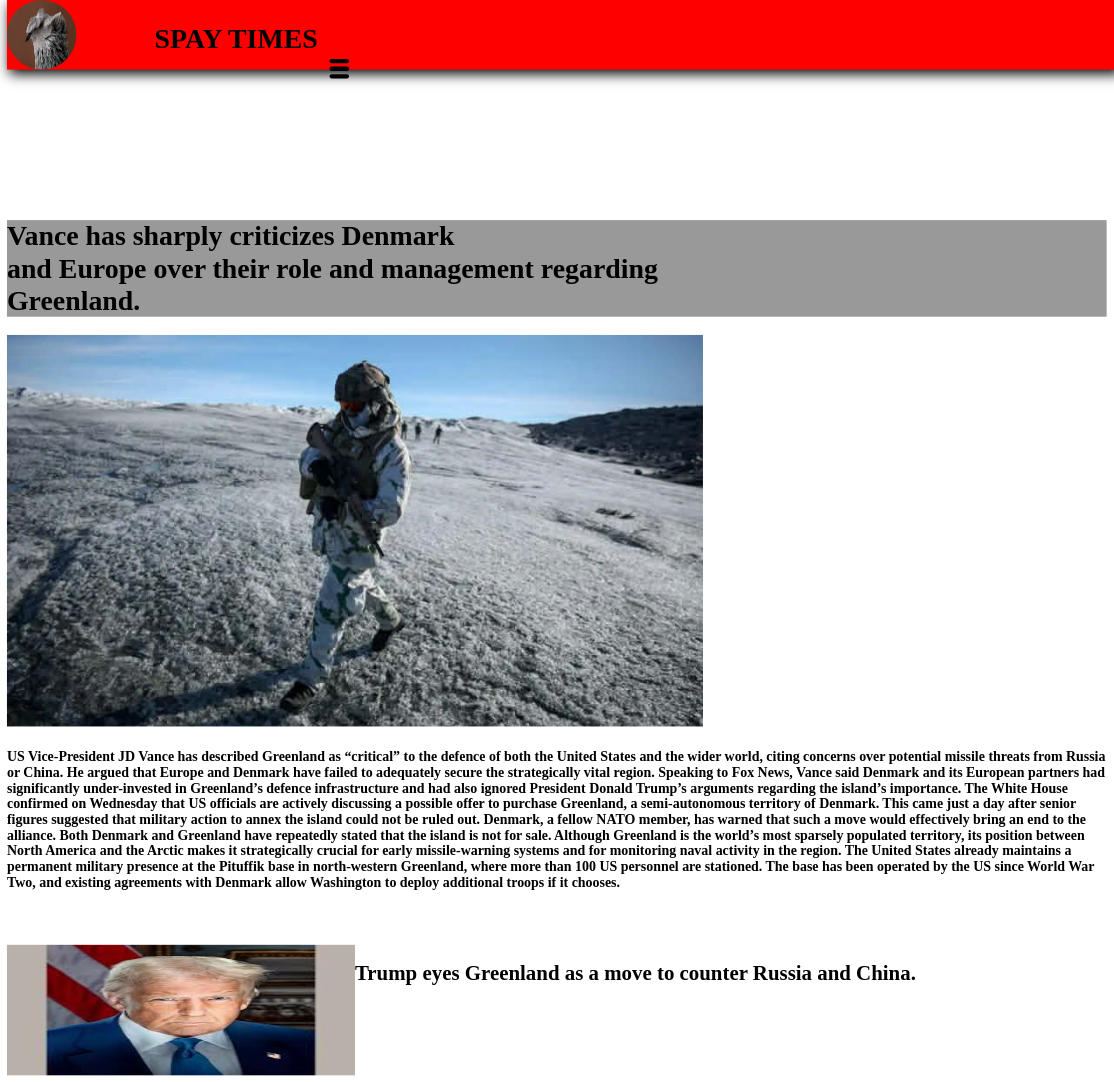
Repository: ridhukhan/spytimes
Page: /
An editor plug-in stored every save of this project. The page is shown before and after the next save, followed by the edit.
The browser window is 1280 px wide. The pictures show the whole page, at 87% of full size.
The project was rebuilt for these pictures with package versions that can differ from the ones it lists, and the page was loaded fresh each time. Also part of the build but not shown: vite.config.js, src/nav/Navbar.css, src/components/policy/PrivecyPolicy.jsx, src/components/policy/Terms.jsx.

Above is the page before, as saved 2026-01-10 20:27:01.

After the next save:
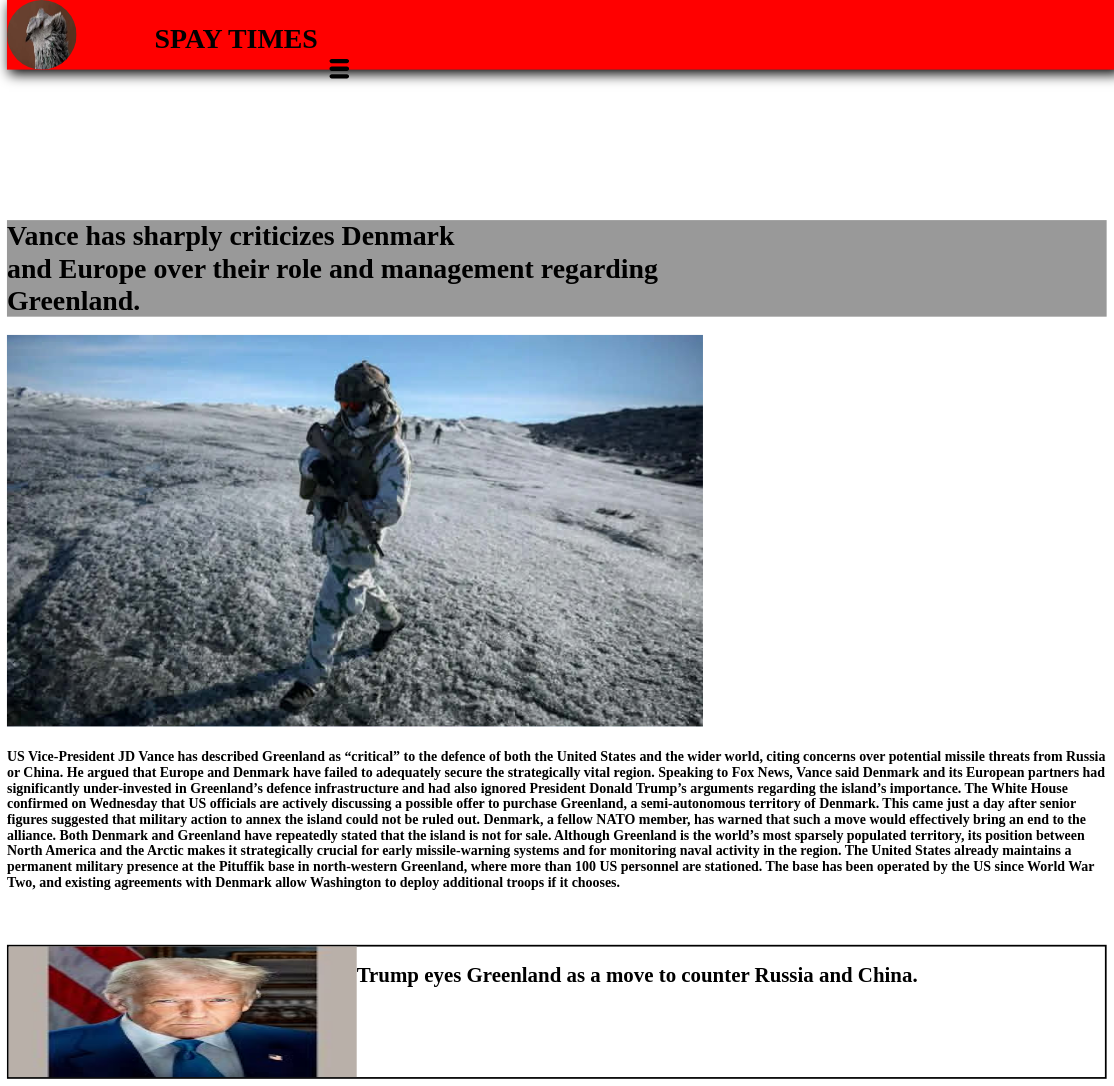
Saved 19 s later.
--- a/src/components/trending/Trending.jsx
+++ b/src/components/trending/Trending.jsx
@@ -2,7 +2,7 @@
 import donaldtrump from "../../assets/donaldtrump.jpeg"
 const Trending = () => {
   return (
-    <div style={{display:"flex", marginTop:"5%"}}>
+    <div style={{display:"flex", marginTop:"5%", border:"2px solid black"}}>
 
 <img src={donaldtrump} alt="donaldtrump" style={{width:"400px", height:"150px"}}/>
 <h2>Trump eyes Greenland as a move to counter Russia and China.</h2>
